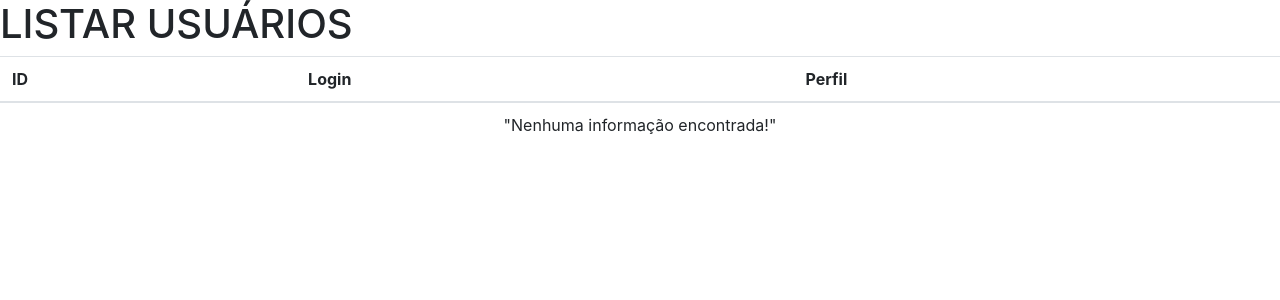
Repository: eduardo-r-jesus/Projeto_Centro_Cirurgico
Page: http://localhost/centro_cirurgico_web/formListaPainel.jsp
These files come from the project's save history. The page is drawn as it stood at one moment and after the next save; the edit follows.
The browser window is 1280 px wide. The pictures show the whole page.
The page is served by Tomcat 9. Other server files are loaded and not shown. Queries for data that is not in the repository find no rows.

Above is the page before, as saved 2021-09-07 16:16:49.

### centro_cirurgico_web/src/main/webapp/formListaPainel.jsp
<%@page import="java.util.List"%>
<%@page import="org.cc.model.Usuario"%>
<%@page import="org.cc.dao.UsuarioDao"%>
<%@ page language="java" contentType="text/html; charset=UTF-8"
	pageEncoding="UTF-8"%>

<head>
<meta charset="UTF-8">
<title>Listar Usuários</title>
<meta name="viewport" content="width=device-width, initial-scale=1">
<link rel="stylesheet" href="css/bootstrap.min.css">
<link rel="stylesheet" href="css/estilo.css">
</head>

<H1>LISTAR USUÁRIOS</H1>

<table class="table table-hover">
	<thead>
		<tr>
			<th>ID</th>
			<th>Login</th>
			<th>Perfil</th>
		</tr>
	</thead>
		<%
		UsuarioDao objUDao = new UsuarioDao();
		List<Usuario> ls = objUDao.listarUsuario();

		if (ls.size() > 0) {
			for (Usuario us : ls) {
		%>

		<tr
			onclick="window.location.href = 'formManterUsuario.jsp?id=<%=us.getId()%>'">
			<td><%=us.getId()%></td>
			<td><%=us.getEmail()%></td>
			<td><%=us.getPerfil()%></td>
			<!--td><a href="formCadastroUsuario.jsp?id=<%=us.getId()%>"><img id="img-icon-edit" src="img/edit-solid.svg" alt="Editar Registro"></a>
			<a href="cadastrousuarioservlet?acao=excluir&id=<%=us.getId()%>"><img id="img-icon-trash" src="img/trash-alt-solid.svg" alt="Excluir Registro"></a></td-->
		</tr>

		<%
		}
		%>



		<%
		} else {
		%>
		<tr>
			<td colspan="3" style="text-align: center">"Nenhuma informação
				encontrada!"</td>
		</tr>
		<%
		}
		%>

</table>

### centro_cirurgico_web/src/main/java/org/cc/dao/UsuarioDao.java
package org.cc.dao;

import java.sql.Connection;
import java.sql.PreparedStatement;
import java.sql.ResultSet;
import java.util.ArrayList;
import java.util.List;

import org.cc.conexao.Conexao;
import org.cc.model.Usuario;

public class UsuarioDao {

	public Usuario validarLogin(String email, String senha) {
		Usuario u = new Usuario();

		try {
			Connection cont = Conexao.conectar();
			PreparedStatement pst = cont.prepareStatement("select * from usuario where email = '"+email+"' and senha = '"+senha+"' ");
			//pst.setInt(1, id);
			ResultSet rs = pst.executeQuery();
			while (rs.next()) {
				u.setId(rs.getInt("id"));
				u.setEmail(rs.getString("email"));
				u.setSenha(rs.getString("senha"));
				u.setPerfil(rs.getString("perfil"));
			};
			cont.close();
		} catch (Exception e) {
			// TODO: handle exception
			e.printStackTrace();
		}

		return u;
	}

	public Usuario getUsuario(int id) {
		Usuario u = new Usuario();

		try {
			Connection cont = Conexao.conectar();
			PreparedStatement pst = cont.prepareStatement("select * from usuario where id = ?");
			pst.setInt(1, id);
			ResultSet rs = pst.executeQuery();
			while (rs.next()) {
				u.setId(rs.getInt("id"));
				u.setEmail(rs.getString("email"));
				u.setSenha(rs.getString("senha"));
				u.setPerfil(rs.getString("perfil"));
			}
			cont.close();
		} catch (Exception e) {
			// TODO: handle exception
			e.printStackTrace();
		}

		return u;
	}

	public boolean cadastrarUsuario(Usuario objU) {

		try {
			Connection cont = Conexao.conectar();

			String sql = "insert into usuario (email, senha, perfil)" + "values(?, ?, ?);";

			PreparedStatement pst = cont.prepareStatement(sql);
			pst.setString(1, objU.getEmail());
			pst.setString(2, objU.getSenha());
			pst.setString(3, objU.getPerfil());
			pst.execute();
			pst.close();
			cont.close();
			return true;
		} catch (Exception e) {
			e.printStackTrace();
		}
		return false;
	}

	public boolean alterarUsuario(Usuario objU) {
		try {
			Connection cont = Conexao.conectar();

			String sql = "update usuario set email = ?, senha = ?, perfil = ? where id = ?";

			PreparedStatement pst = cont.prepareStatement(sql);
			pst.setString(1, objU.getEmail());
			pst.setString(2, objU.getSenha());
			pst.setString(3, objU.getPerfil());
			pst.setInt(4, objU.getId());
			pst.execute();
			pst.close();
			cont.close();
			return true;
		} catch (Exception e) {
			e.printStackTrace();
		}
		return false;
	}

	public boolean excluirUsuario(int id) {
		try {
			Connection cont = Conexao.conectar();

			String sql = "delete from usuario where id = ?";

			PreparedStatement pst = cont.prepareStatement(sql);
			pst.setInt(1, id);
			pst.execute();
			pst.close();
			cont.close();
			return true;
		} catch (Exception e) {
			e.printStackTrace();
		}
		return false;
	}

	public List<Usuario> listarUsuario() {
		List<Usuario> ls = new ArrayList<>();
		try {
			Connection cont = Conexao.conectar();
			PreparedStatement pst = cont.prepareStatement("select * from usuario order by id");
			ResultSet rs = pst.executeQuery();
			while (rs.next()) {
				Usuario u = new Usuario();
				u.setId(rs.getInt("id"));
				u.setEmail(rs.getString("email"));
				u.setSenha(rs.getString("senha"));
				u.setPerfil(rs.getString("perfil"));
				ls.add(u);
			}
			cont.close();
		} catch (Exception e) {
			// TODO: handle exception
			e.printStackTrace();
		}
		return ls;
	}
}

### centro_cirurgico_web/src/main/java/org/cc/conexao/Conexao.java
package org.cc.conexao;
import java.sql.Connection;
import java.sql.DriverManager;

public class Conexao {

	public static Connection conectar(){
		try {
			Class.forName("org.postgresql.Driver");
			String url = "jdbc:postgresql://chunee.db.elephantsql.com:5432/ebjmmhdn";
			String usuarioDb = "ebjmmhdn";
			String senhaDb = "Q_lQBrTw3n5KYMr1FTCsDHp09OO4jpXR";
			return DriverManager.getConnection(url, usuarioDb, senhaDb);
		} catch (Exception e) {
			System.out.println("Erro de Conexão");
			e.printStackTrace();
			return null;
		}



	}
}

### centro_cirurgico_web/src/main/webapp/css/estilo.css

fieldset{
    width: 25%;
    height: 100%;
    margin: auto;
    border: 2px solid green;
    border-radius: 5px;
    margin-top: 40px;
}

legend{
   font-family: Helvetica, sans-serif;
   font-size: 16px;
   font-weight: bold;
}

.texto{
   margin-top: 20px;
   margin-bottom:10px;
   text-align: center;
   font-family: Helvetica, sans-serif;
   font-size: 16px;
   font-weight: bold;
}

input[type=email], input[type=password]{
    border: 2px solid green;
    border-radius: 5px;
}

input[type=email]:focus, input[type=password]:focus{
    background-color: #ffef01;
}

input[type=radio]{
	border-left: 5px;
}
.espacamento{
	margin-left: 30px;
}

.larguraTexto{
	height: 30px;
    display: block;
    width: 80%;
    margin: auto;
    margin-bottom: 10px;
}

.centro_img{
	width: 15em;
	text-align: center;
	border: solid 1px;
	color:yellow;
	margin: auto;
	margin-top: 30px;
}

.centro{
	text-align: center;
	margin-top: 30px;
}

.bt{
    border: 2px solid green;
    border-radius: 5px;
    background-color: green;
    color: #FFF;
    padding: 5px 10px;
    font-weight: bold;
    text-decoration: none;
    margin-top: 4px;
    margin-left: 5px;
}

.bt:hover{
    background-color: #FFF;
    color: green;
    cursor: pointer;
}

 ul{
    background-color: green;
    list-style-type: none;
    margin: 0;
    padding: 0;
    overflow: hidden;
}

li{
    float: left;
}

li a {
	display: inline-block;
    color:#FFF;
    padding: 16px;
    display: block;
    text-align: center;
    text-decoration: none;
}

li a:hover{
    background-color: yellow;
    color:green;
    text-decoration: none;
}

Loaded but not shown: centro_cirurgico_web/src/main/webapp/css/bootstrap.min.css (library)

After the next save:
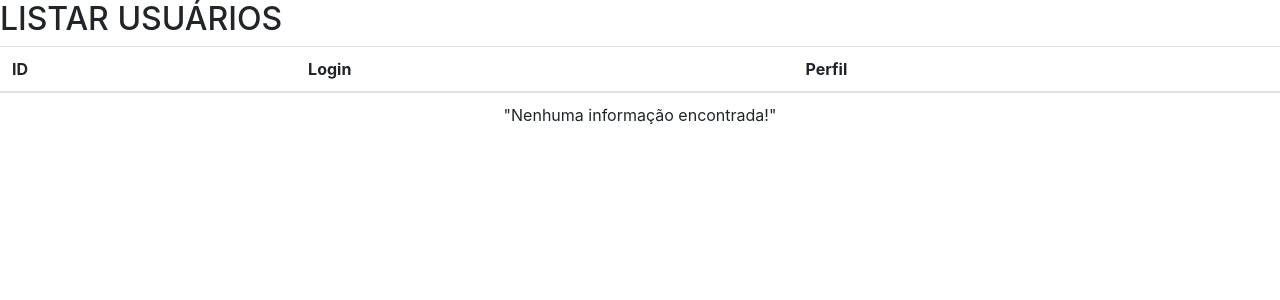
Saved 37 s later.
--- a/centro_cirurgico_web/src/main/webapp/formListaPainel.jsp
+++ b/centro_cirurgico_web/src/main/webapp/formListaPainel.jsp
@@ -12,7 +12,7 @@
 <link rel="stylesheet" href="css/estilo.css">
 </head>
 
-<H1>LISTAR USUÁRIOS</H1>
+<h2>LISTAR USUÁRIOS</h2>
 
 <table class="table table-hover">
 	<thead>
